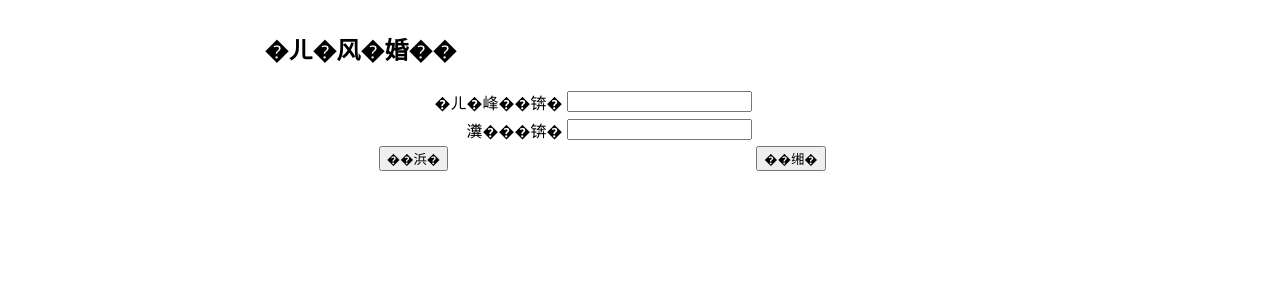
Repository: Lansefanggezi/JavaWeb
Page: http://localhost/Login-MVC/
An editor plug-in stored every save of this project. The page is shown before and after a run of saves, followed by the edit.
The browser window is 1280 px wide. The pictures show the whole page.
The page is served by Tomcat 9. Other server files are loaded and not shown.

Above is the page before, as saved 2018-04-01 02:00:21.

### Login-MVC/WebContent/Login.jsp
<%@ page language="java" contentType="text/html; charset=UTF-8"
    pageEncoding="gb2312"%>
<!DOCTYPE html PUBLIC "-//W3C//DTD HTML 4.01 Transitional//EN" "http://www.w3.org/TR/html4/loose.dtd">
<html>
<head>
<meta http-equiv="Content-Type" content="text/html; charset=gb2312">
	<title>登陆</title>
	<script type="text/javascript">
	function check(){
		var userName = document.LoginForm.userName.value;
		var userPwd = document.LoginForm.passwold.value;

		if (userName == "") {
			alert("用户名不能为空");
			return false;
		}

		if (userPwd == "") {
			alert("请输入密码");
			return false;
		}
		return true;
	}
	</script>
</head>
<body background="#ffffff">
	<form action="LoginServlet" method="post" name="LoginForm">
		<table width="757" height="108" align="center">
		<col width="300">
		<col width="">
			<tr>
				<td colspan="2">
					<h2>用户登陆</h2>
				</td>
			</tr>
			<tr>
				<td align="right">
					用户名：
				</td>
				<td align="left">
					<input type="text" name="userName" width="200">
				</td>
			</tr>
			<tr>
				<td align="right">
					密码：
				</td>
				<td align="left">
					<input type="text" name="passwold" width="200">
				</td>
			</tr>
			<tr>
				<td align="center">
					<input type="submit" name="submit" value="提交">
				</td>
				<td align="center">
					<input type="reset" name="submit" value="重置">
				</td>
			</tr>
		</table>
		<jsp:useBean id="loginUser" class="cn.com.systop.javabean.UserBean" scope="request"></jsp:useBean>
		<%
		if(loginUser.getError() != null)
		{
			out.print("<script type=\"text/javascript\">alert(\"用户名或者密码错误！\");</script>");
		}
		%>
	</form>
</body>
</html>

### Login-MVC/src/cn/com/systop/javabean/UserBean.java
package cn.com.systop.javabean;

import java.sql.Connection;
import java.sql.PreparedStatement;
import java.sql.ResultSet;
import java.sql.SQLException;

import cn.com.systop.connection.DBConnection;

public class UserBean {

	//用户名
	private String userName;

	//密码
	private String passWord;

	//异常
	private String error;

	public String getUserName() {
		return userName;
	}

	public void setUserName(String userName) {
		this.userName = userName;
	}

	public String getPassWord() {
		return passWord;
	}

	public void setPassWord(String passWord) {
		this.passWord = passWord;
	}

	public String getError() {
		return error;
	}

	public void setError(String error) {
		this.error = error;
	}

	/*
	 * 验证登陆
	 *
	 * @return true 登陆成功 return flase 登陆失败
	 *
	 * */
	public boolean login()
	{
		//登陆成功与否的标志
		boolean flg = false;

		//获取数据库连接
		Connection con = DBConnection.getConnetction();

		//声明PreparedStatement对象
		PreparedStatement pstemt = null;

		//声明resultSet
		ResultSet rs = null;

		//SQL语句
		String sql = "select * from t_user where username = ?";


		try {
			//创建PreparedStatement对象
			pstemt = con.prepareStatement(sql);

			//替换Sql语句中？的值
			pstemt.setString(1, this.userName);

			//执行SQL语句并返回结果
			rs = pstemt.executeQuery();

			//判断结果集是否有数据
			if(rs.next())
			{
				//获得密码
				String pwd = rs.getString("userpassword");

				//验证密码
				if(this.passWord.equals(pwd))
				{
					flg=true;
				}else
				{
					this.setError("error");
				}
			}else
			{
				this.setError("error");
			}
		} catch (SQLException e) {
			// TODO Auto-generated catch block
			e.printStackTrace();
		}finally
		{
			try {
				//关闭数据库连接
				rs.close();
				pstemt.close();
				con.close();
			} catch (SQLException e) {
				// TODO Auto-generated catch block
				e.printStackTrace();
			}
		}

		return flg;
	}

}

After the next 2 saves:
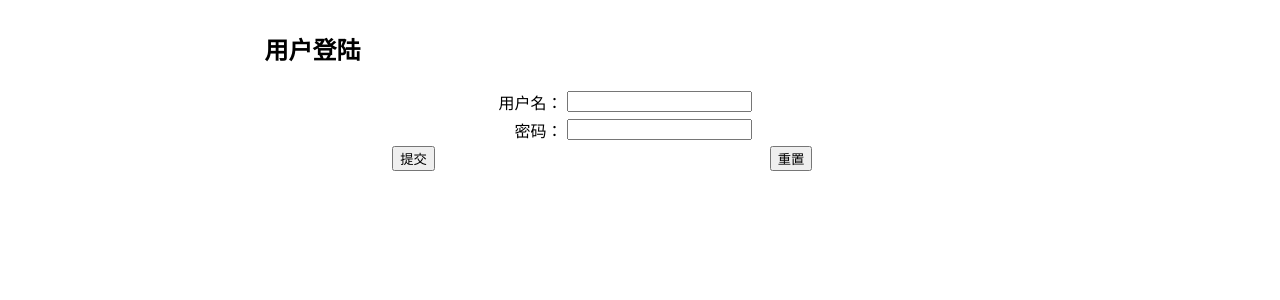
The 2 saves are shown as one change because they came seconds apart.
The last was saved 12 s later.
--- a/Login-MVC/WebContent/Login.jsp
+++ b/Login-MVC/WebContent/Login.jsp
@@ -1,9 +1,9 @@
 <%@ page language="java" contentType="text/html; charset=UTF-8"
-    pageEncoding="gb2312"%>
+    pageEncoding="UTF-8"%>
 <!DOCTYPE html PUBLIC "-//W3C//DTD HTML 4.01 Transitional//EN" "http://www.w3.org/TR/html4/loose.dtd">
 <html>
 <head>
-<meta http-equiv="Content-Type" content="text/html; charset=gb2312">
+<meta http-equiv="Content-Type" content="text/html; charset=UTF-8">
 	<title>登陆</title>
 	<script type="text/javascript">
 	function check(){
